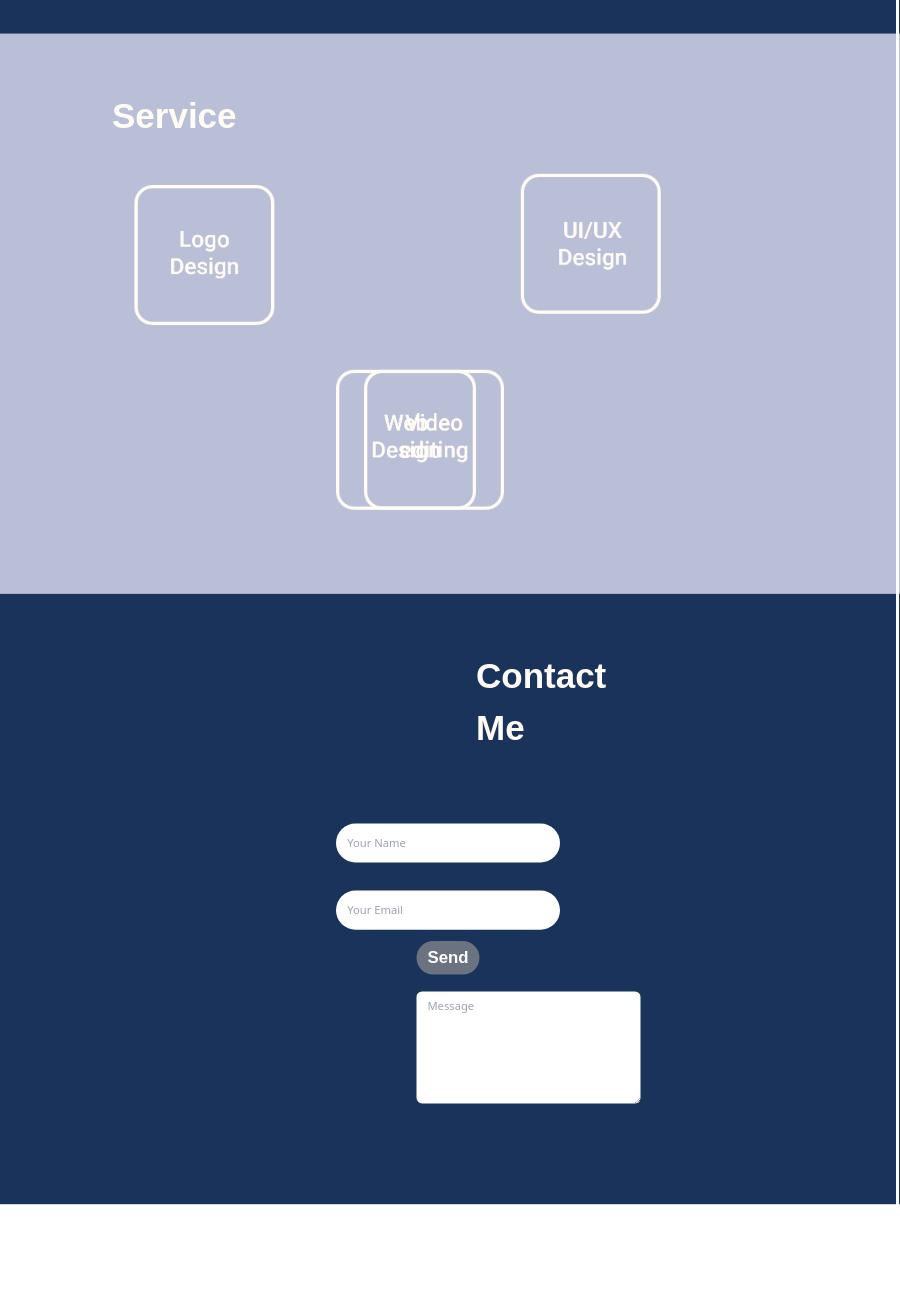
Repository: MEROO1010/my_portfolio
Page: /
The author's editor kept a copy of each file at every save. The page is drawn from the files as they stood at one save, then again after the next save.
The browser window is 1280 px wide. The page is 1285 px wide, so the pictures cover 1285 px, including what lies to the right of the window. The pictures show the part of the page from y = 2136 to 4016 px (the page is 4016 px tall), at 70% of full size.
The project was rebuilt for these pictures with package versions that can differ from the ones it lists, and the page was loaded fresh each time. The framework's server and built-in components were replaced by stand-ins that run in the browser. Also part of the build but not shown: next.config.js.

Above is the page before, as saved 2023-08-17 09:34:48.

After the next save:
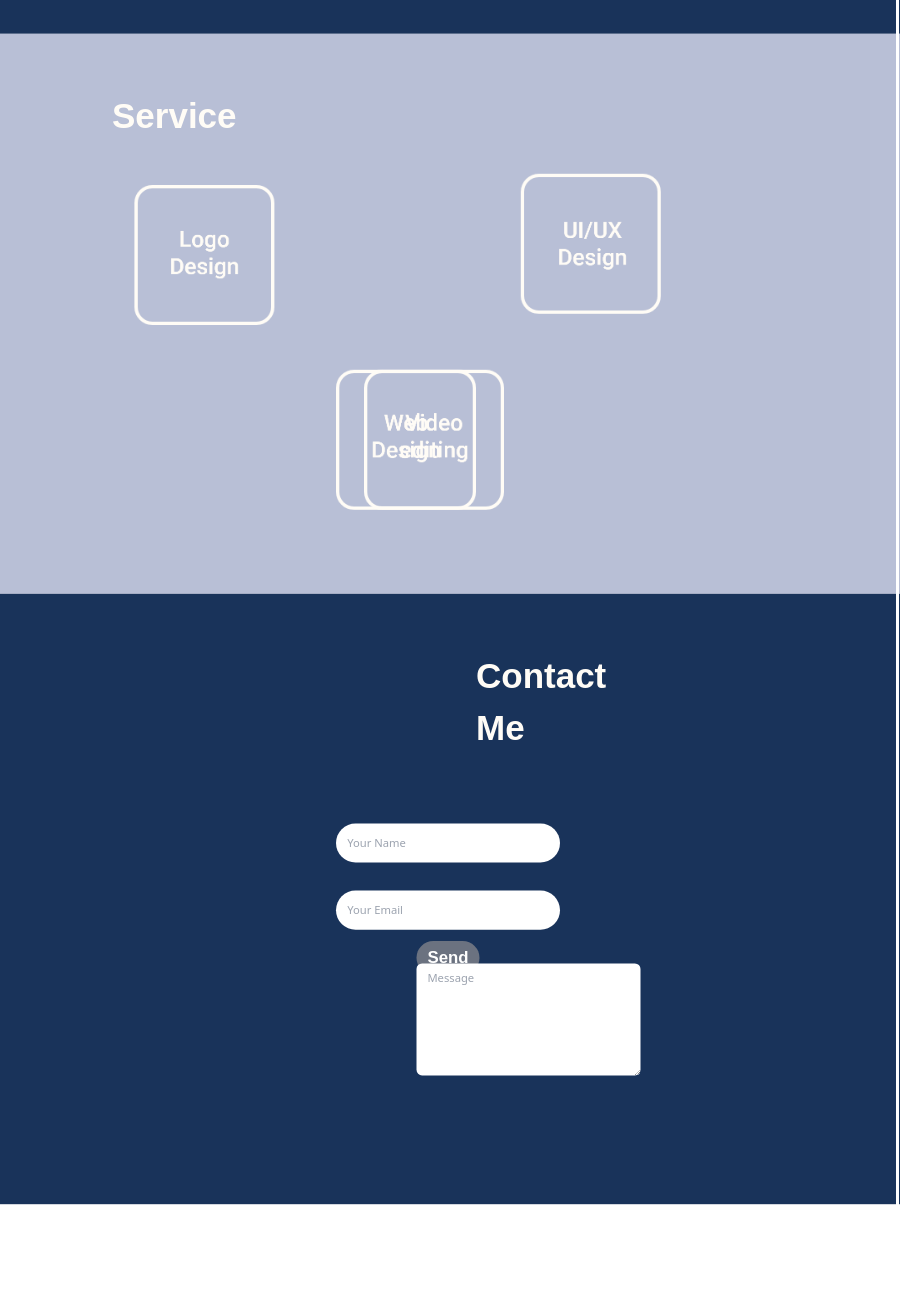
Saved 11 s later.
--- a/pages/components/Form.tsx
+++ b/pages/components/Form.tsx
@@ -5,7 +5,7 @@ const Form = () => {
     <div className="text-center">
     <input type="text" placeholder="Your Name" className="px-4 py-2 mx-4 my-2 rounded-full h-14 w-80"/><br/><br/>
     <input type="text" placeholder="Your Email" className="px-4 py-2 mx-4 my-2 rounded-full h-14 w-80"/><br/>
-    <textarea placeholder="Message" className="absolute px-4 py-2 mx-4 my-20  rounded-lg h-40 w-80"></textarea>
+    <textarea placeholder="Message" className="absolute px-4 py-2 mx-4 my-10  rounded-lg h-40 w-80"></textarea>
     <button type="submit" className="px-4 py-2 mx-4 my-2 font-raleway text-2xl font-semibold text-white bg-gray-500 rounded-full">Send</button>
 </div>
 
